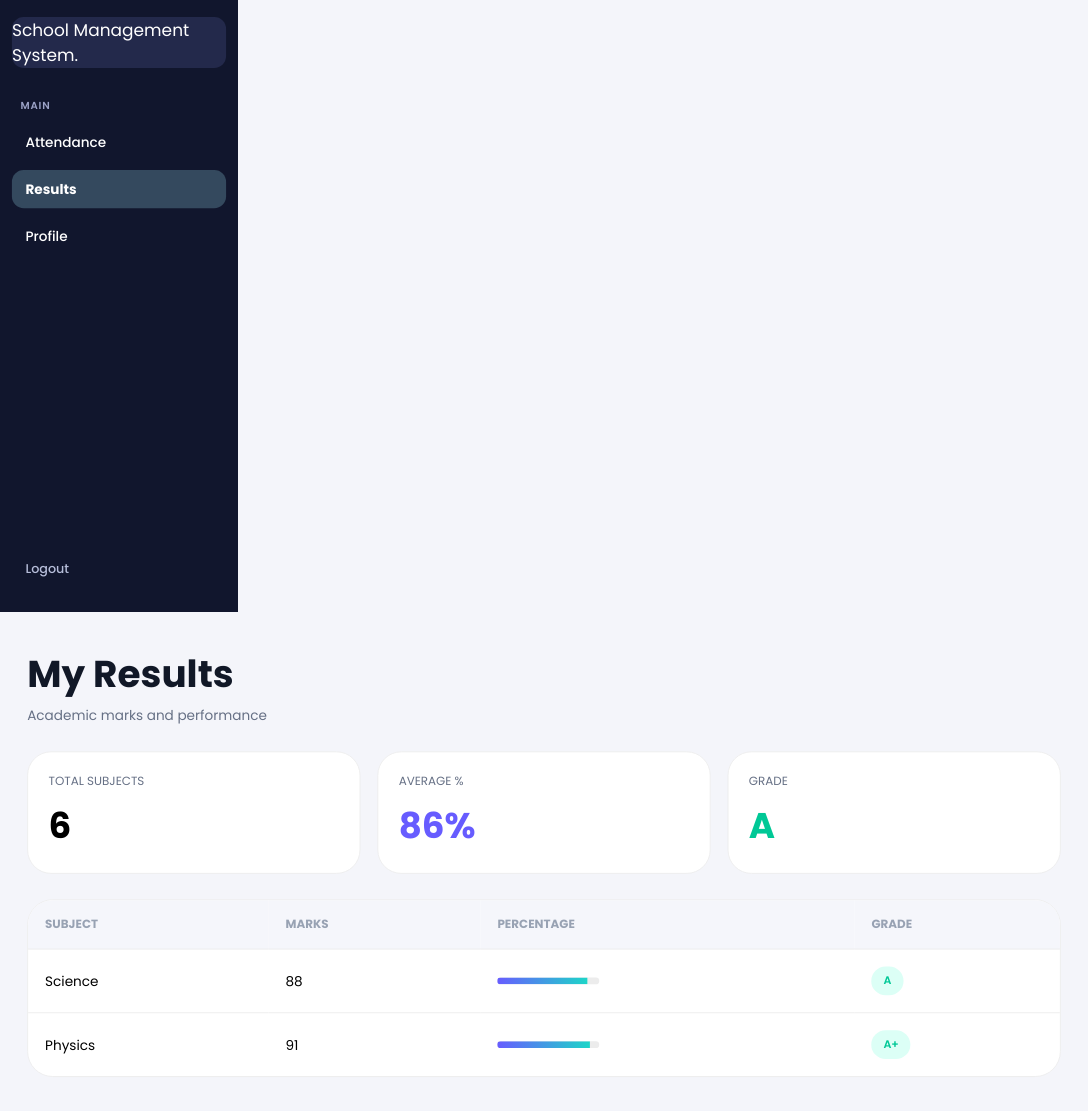
Repository: rohit-rk-07/school_management_system
Page: http://localhost/School_Management_System/student/result.jsp
These files come from the project's save history. The page is drawn as it stood at one moment and after the next save; the edit follows.
The browser window is 1280 px wide. The pictures show the whole page, at 85% of full size.
The page is served by Tomcat 10.

Above is the page before, as saved 2026-05-22 04:27:58.
Console error: TypeError: Cannot read properties of null (reading 'addEventListener')

After the next save:
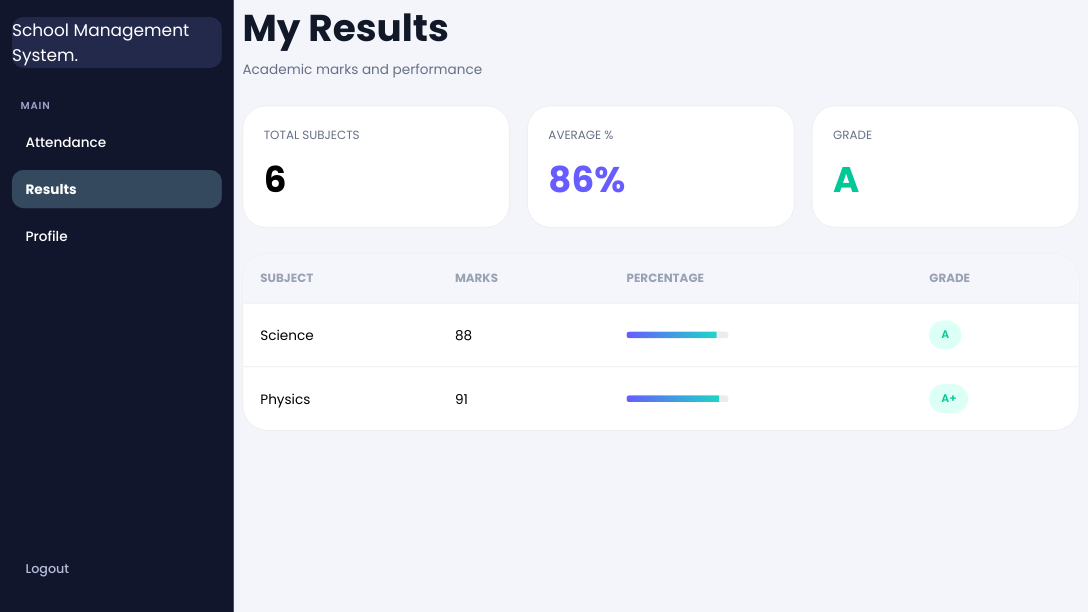
Saved 65 s later.
--- a/School_Management_System/src/main/webapp/student/result.jsp
+++ b/School_Management_System/src/main/webapp/student/result.jsp
@@ -24,10 +24,15 @@
 
         body{
             background:#f4f5fb;
+            display: flex;
+            flex-direction: row;
+            justify-content: space-between;
+            align-items: start;
         }
 
         .studentResultsContainer{
-            padding:40px 32px;
+            padding:0px 10px;
+            width: 80%;
         }
 
         .studentResultsHeading{
